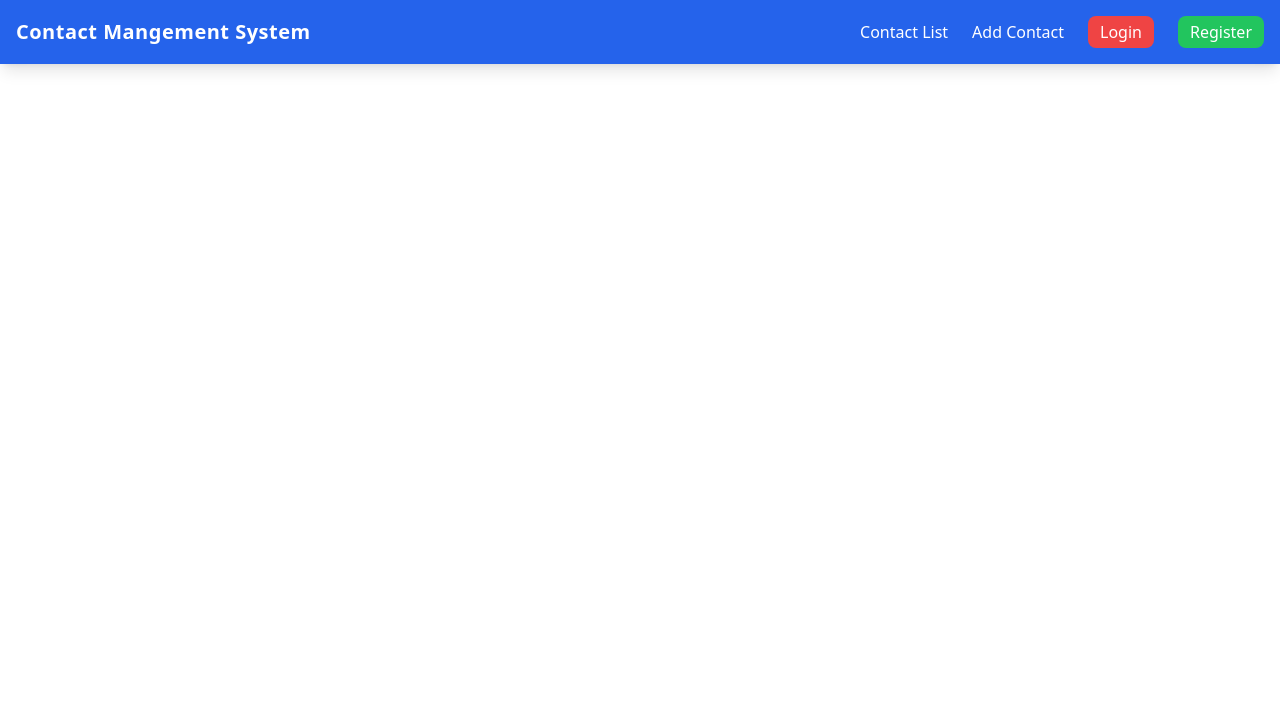
Repository: tauseefthedeveloper/ContactManagementSystem
Page: http://localhost/ContactManagementSystem/
An editor plug-in stored every save of this project. The page is shown before and after the next save, followed by the edit.
The browser window is 1280 px wide. The pictures show the whole page.
Some web libraries are served in a nearby version. The page is served by Tomcat 9. Other server files are loaded and not shown.

Above is the page before, as saved 2025-09-01 09:41:14.

### ContactManagementSystem/src/main/webapp/index.jsp
<%@ page language="java" contentType="text/html; charset=UTF-8"
    pageEncoding="UTF-8"%>
<!DOCTYPE html>
<html>
<head>
<meta charset="UTF-8">
<title>Contact Management System || Home page</title>
  <script src="https://cdn.tailwindcss.com"></script>

</head>
<body>
	<div>
		<%@include file="navbar.jsp" %>
	</div>
</body>
</html>

### ContactManagementSystem/src/main/webapp/navbar.jsp
<!-- Navbar -->
<nav class="bg-blue-600 text-white shadow-lg">
  <div class="max-w-7xl mx-auto px-4">
    <div class="flex justify-between h-16">

      <!-- Logo / Brand -->
      <div class="flex items-center">
        <a href="dashboard.jsp" class="text-xl font-bold tracking-wide">Contact Mangement System</a>
      </div>

      <!-- Links -->
      <div class="hidden md:flex items-center space-x-6">
        <a href="dashboard.jsp" class="hover:text-gray-200">Contact List</a>
        <a href="add_contact.jsp" class="hover:text-gray-200">Add Contact</a>
        <a href="LogoutServlet" class="bg-red-500 px-3 py-1 rounded-lg hover:bg-red-600">Login</a>
        <a href="LogoutServlet" class="bg-green-500 px-3 py-1 rounded-lg hover:bg-green-600">Register</a>
      </div>

      <!-- Mobile Menu Button -->
      <div class="md:hidden flex items-center">
        <button id="menu-btn" class="focus:outline-none">
          <svg class="w-6 h-6" fill="none" stroke="currentColor" viewBox="0 0 24 24">
            <path stroke-linecap="round" stroke-linejoin="round" stroke-width="2"
              d="M4 6h16M4 12h16M4 18h16"/>
          </svg>
        </button>
      </div>
    </div>
  </div>

  <!-- Mobile Menu -->
  <div id="menu" class="hidden md:hidden bg-blue-700 px-4">
    <a href="dashboard.jsp" class="block py-2 hover:text-gray-300">Dashboard</a>
    <a href="add_contact.jsp" class="block py-2 hover:text-gray-300">Add Contact</a>
    <a href="profile.jsp" class="block py-2 hover:text-gray-300">Profile</a>
    <a href="LogoutServlet" class="block py-2 text-red-300 hover:text-red-400">Logout</a>
  </div>
</nav>

<!-- Script for Mobile Menu -->
<script>
  const btn = document.getElementById('menu-btn');
  const menu = document.getElementById('menu');

  btn.addEventListener('click', () => {
    menu.classList.toggle('hidden');
  });
</script>

After the next save:
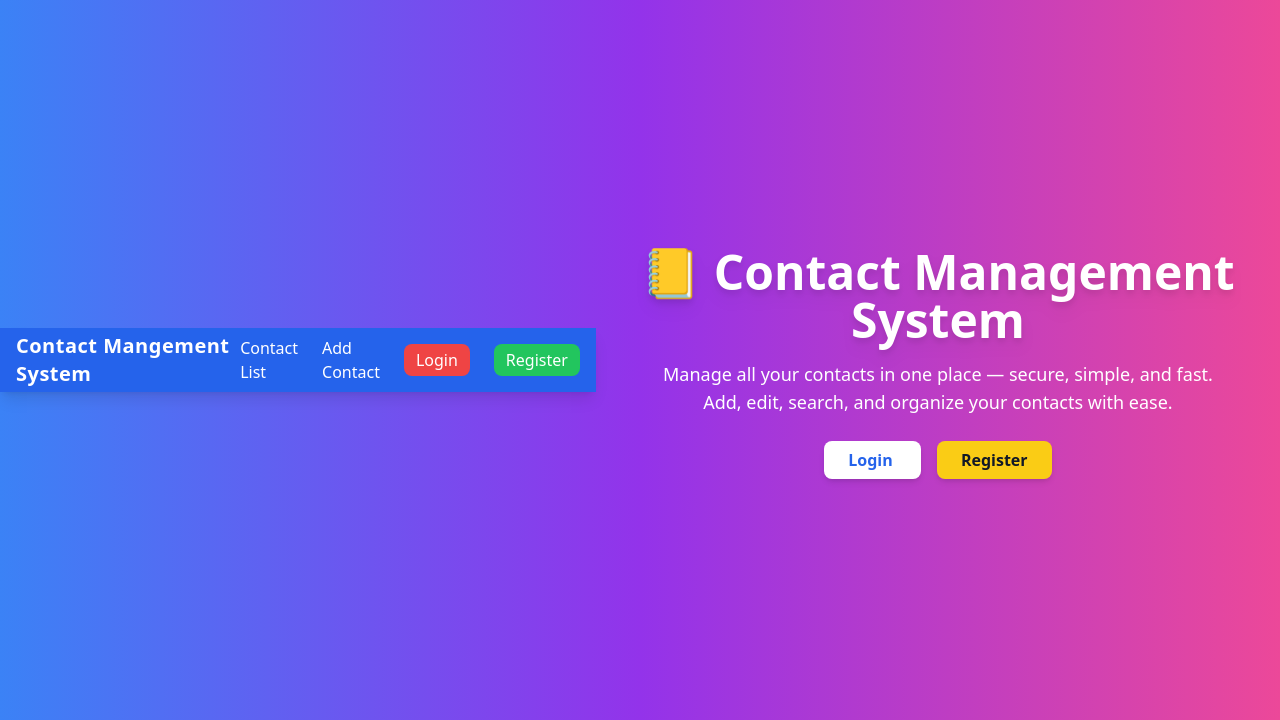
Saved 83 s later.
--- a/ContactManagementSystem/src/main/webapp/index.jsp
+++ b/ContactManagementSystem/src/main/webapp/index.jsp
@@ -1,16 +1,40 @@
 <%@ page language="java" contentType="text/html; charset=UTF-8"
-    pageEncoding="UTF-8"%>
+	pageEncoding="UTF-8"%>
 <!DOCTYPE html>
 <html>
 <head>
 <meta charset="UTF-8">
 <title>Contact Management System || Home page</title>
-  <script src="https://cdn.tailwindcss.com"></script>
+<script src="https://cdn.tailwindcss.com"></script>
 
 </head>
-<body>
+
+<body
+	class="h-screen bg-gradient-to-r from-blue-500 via-purple-600 to-pink-500 flex items-center justify-center">
 	<div>
-		<%@include file="navbar.jsp" %>
+		<%@include file="navbar.jsp"%>
 	</div>
+	<!-- Main Container -->
+	<div class="text-center text-white px-6">
+
+		<!-- Title -->
+		<h1 class="text-5xl font-extrabold mb-4 drop-shadow-lg">📒
+			Contact Management System</h1>
+
+		<!-- Subtitle -->
+		<p class="text-lg mb-8 max-w-xl mx-auto">Manage all your contacts
+			in one place — secure, simple, and fast. Add, edit, search, and
+			organize your contacts with ease.</p>
+
+		<!-- Buttons -->
+		<div class="space-x-4">
+			<a href="login.jsp"
+				class="bg-white text-blue-600 font-semibold px-6 py-2 rounded-lg shadow-md hover:bg-gray-200 transition">
+				Login </a> <a href="register.jsp"
+				class="bg-yellow-400 text-gray-900 font-semibold px-6 py-2 rounded-lg shadow-md hover:bg-yellow-300 transition">
+				Register </a>
+		</div>
+	</div>
+
 </body>
 </html>
